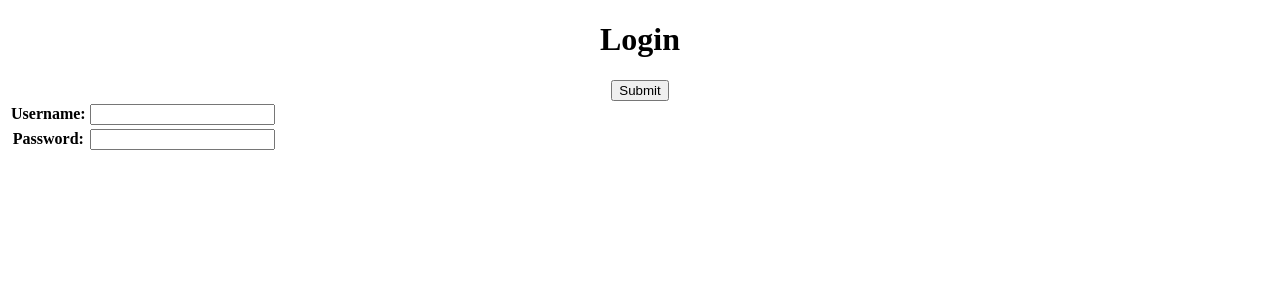
Repository: Sourabhmag/week-5
Page: http://localhost/LoginApp/login.jsp
The author's editor kept a copy of each file at every save. The page is drawn from the files as they stood at one save, then again after the next save.
The browser window is 1280 px wide. The pictures show the whole page.
The page is served by Tomcat 9.

Above is the page before, as saved 2019-11-06 10:28:43.

After the next save:
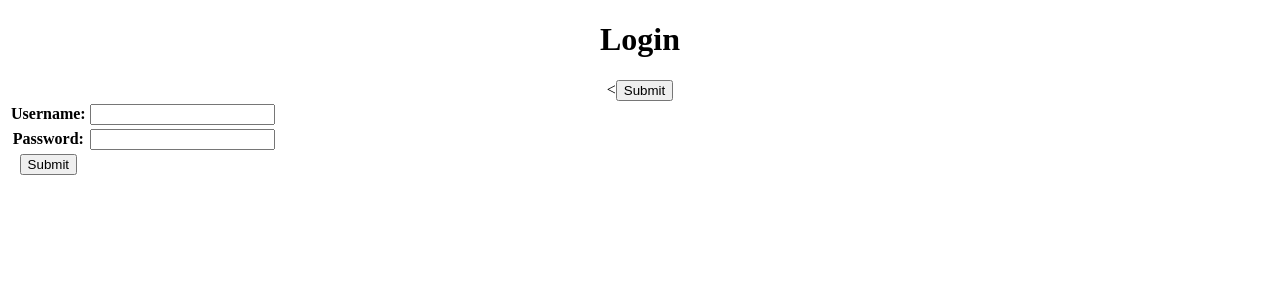
Saved 24 s later.
--- a/LoginApp/WebContent/login.jsp
+++ b/LoginApp/WebContent/login.jsp
@@ -19,6 +19,7 @@
 	<table>
 		<tr><th >Username:</th> <th ><input type="text" name="firstname"></th></tr>
 		<tr><th >Password:</th> <th ><input type="password" name="firstname"></th></tr>
+		<tr><<th ><input type="submit" name="submit"></th></tr>
 
 
 
